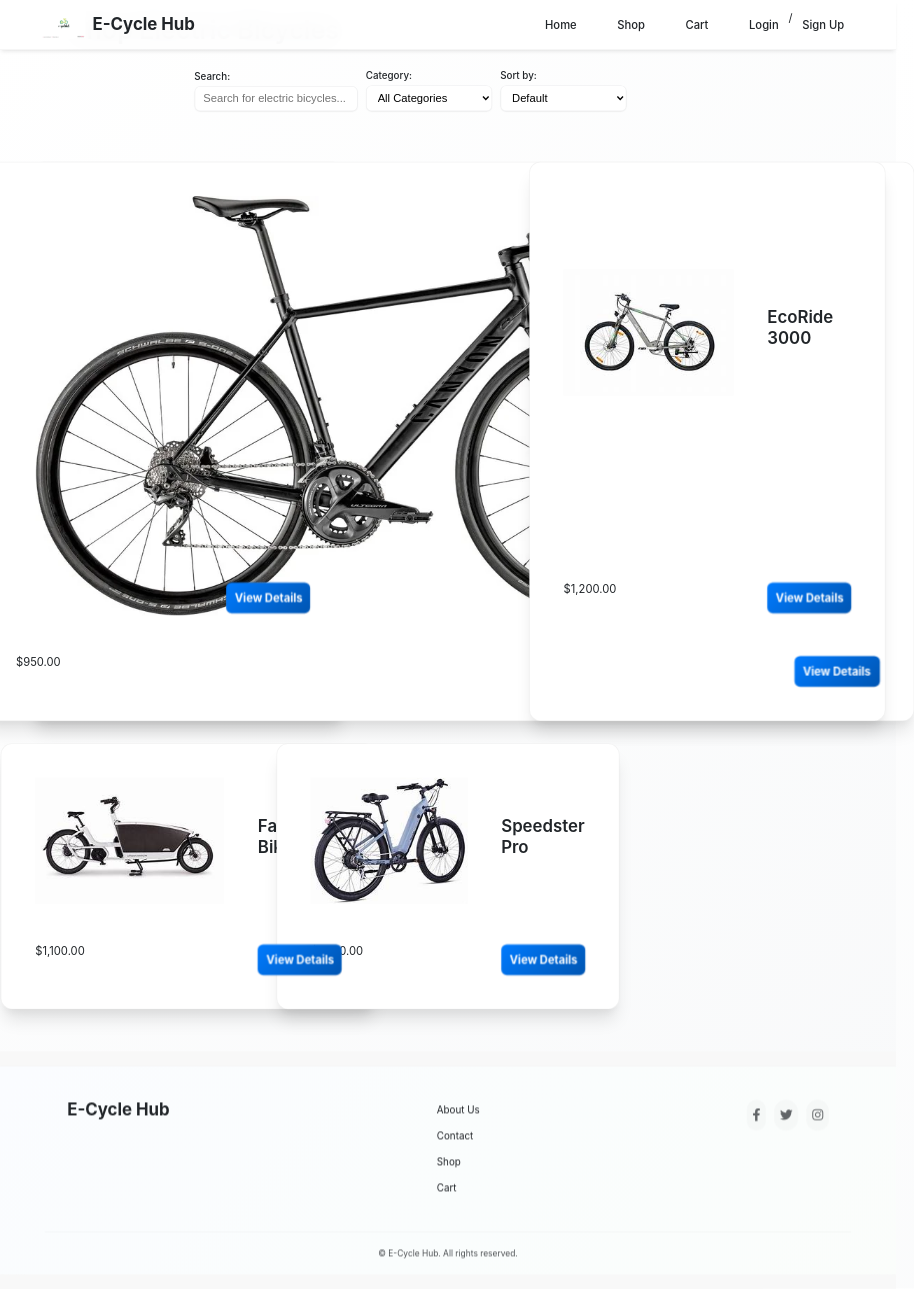
Repository: Rutuja-g/E-Cycle-Hub
Page: public/shop.html
The author's editor kept a copy of each file at every save. The page is drawn from the files as they stood at one save, then again after the next save.
The browser window is 1280 px wide. The page is 1306 px wide, then 1280 px, so the pictures cover 1306 px, including what lies to the right of the window. The pictures show the part of the page from y = 0 to 1880 px (the page is 1841 px tall before and 2670 px after), at 70% of full size.

Above is the page before, as saved 2025-10-26 00:12:21.

### public/shop.html
<!DOCTYPE html>
<html lang="en">
  <head>
    <meta charset="UTF-8" />
    <meta name="viewport" content="width=device-width, initial-scale=1.0" />
    <title>E-Cycle Hub - Shop</title>
    <link rel="stylesheet" href="css/variables.css" />
    <link rel="stylesheet" href="css/main.css" />
    <link rel="stylesheet" href="css/auth.css" />
    <link
      rel="stylesheet"
      href="https://cdnjs.cloudflare.com/ajax/libs/font-awesome/6.0.0-beta3/css/all.min.css"
    />
  </head>
  <body>
    <div id="header"></div>

    <main>
      <section class="shop">
        <div class="container">
          <h1>Shop Electric Bicycles</h1>
          <div class="grid grid--shop">
            <!-- Products will be loaded here -->
          </div>
        </div>
      </section>
    </main>

    <footer>
      <div id="footer"></div>
    </footer>

    <!-- Product Details Modal -->
    <div id="productModal" class="modal">
      <div class="modal-content">
        <span class="close">&times;</span>
        <div class="modal-body">
          <img id="modalImage" src="" alt="Product Image" />
          <h2 id="modalName"></h2>
          <p id="modalDescription"></p>
          <button id="modalAddToCart" class="btn btn-primary">
            Add to Cart
          </button>
        </div>
      </div>
    </div>

    <script src="js/components.js"></script>
    <script src="js/utils.js"></script>
    <script src="js/main.js"></script>
    <script src="js/auth.js"></script>
  </body>
</html>

### public/css/variables.css
:root {
  /* Enhanced Color Palette */
  --primary-color: #007bff; /* Electric Blue */
  --primary-hover: #0056b3; /* Darker Blue for hover */
  --primary-light: #e3f2fd; /* Light Blue Background */
  --primary-gradient: linear-gradient(135deg, #007bff 0%, #0056b3 100%);
  --secondary-color: #28a745; /* Success Green */
  --secondary-hover: #218838; /* Darker Green */
  --secondary-light: #e8f5e8; /* Light Green Background */
  --secondary-gradient: linear-gradient(135deg, #28a745 0%, #218838 100%);
  --accent-color: #ffc107; /* Warning Yellow */
  --accent-hover: #e0a800; /* Darker Yellow */
  --accent-light: #fff8e1; /* Light Yellow Background */
  --danger-color: #dc3545; /* Danger Red */
  --danger-hover: #c82333; /* Darker Red */
  --danger-light: #fce4e4; /* Light Red Background */

  /* Neutral Colors */
  --background-color: #ffffff; /* Pure White */
  --background-gradient: linear-gradient(135deg, #ffffff 0%, #f8f9fa 100%);
  --surface-color: #f8f9fa; /* Light Gray Surface */
  --surface-light: #f1f3f4; /* Very Light Surface */
  --card-color: #ffffff; /* Card Background */
  --text-color: #212529; /* Dark Gray Text */
  --text-muted: #6c757d; /* Muted Text */
  --text-light: #868e96; /* Lighter Text */
  --border-color: #dee2e6; /* Light Border */
  --border-light: #f1f3f4; /* Very Light Border */
  --border-focus: #007bff; /* Focus Border */

  /* Typography */
  --font-family: "Poppins", -apple-system, BlinkMacSystemFont, "Segoe UI",
    Roboto, sans-serif;
  --font-size-xs: 0.75rem; /* 12px */
  --font-size-sm: 0.875rem; /* 14px */
  --font-size-base: 1rem; /* 16px */
  --font-size-lg: 1.125rem; /* 18px */
  --font-size-xl: 1.25rem; /* 20px */
  --font-size-2xl: 1.5rem; /* 24px */
  --font-size-3xl: 1.875rem; /* 30px */
  --font-size-4xl: 2.25rem; /* 36px */
  --font-size-5xl: 3rem; /* 48px */

  --font-weight-light: 300;
  --font-weight-normal: 400;
  --font-weight-medium: 500;
  --font-weight-semibold: 600;
  --font-weight-bold: 700;

  --line-height-tight: 1.25;
  --line-height-normal: 1.5;
  --line-height-relaxed: 1.75;

  /* Spacing Scale */
  --spacing-xs: 0.25rem; /* 4px */
  --spacing-sm: 0.5rem; /* 8px */
  --spacing-md: 0.75rem; /* 12px */
  --spacing-lg: 1rem; /* 16px */
  --spacing-xl: 1.25rem; /* 20px */
  --spacing-2xl: 1.5rem; /* 24px */
  --spacing-3xl: 2rem; /* 32px */
  --spacing-4xl: 2.5rem; /* 40px */
  --spacing-5xl: 3rem; /* 48px */
  --spacing-6xl: 4rem; /* 64px */

  /* Layout */
  --max-width-xs: 20rem; /* 320px */
  --max-width-sm: 24rem; /* 384px */
  --max-width-md: 28rem; /* 448px */
  --max-width-lg: 32rem; /* 512px */
  --max-width-xl: 36rem; /* 576px */
  --max-width-2xl: 42rem; /* 672px */
  --max-width-3xl: 48rem; /* 768px */
  --max-width-4xl: 56rem; /* 896px */
  --max-width-5xl: 64rem; /* 1024px */
  --max-width-6xl: 72rem; /* 1152px */
  --max-width-7xl: 80rem; /* 1280px */
  --max-width-full: 100%;

  /* Border Radius */
  --border-radius-none: 0;
  --border-radius-sm: 0.125rem; /* 2px */
  --border-radius: 0.25rem; /* 4px */
  --border-radius-md: 0.375rem; /* 6px */
  --border-radius-lg: 0.5rem; /* 8px */
  --border-radius-xl: 0.75rem; /* 12px */
  --border-radius-2xl: 1rem; /* 16px */
  --border-radius-3xl: 1.5rem; /* 24px */
  --border-radius-full: 9999px;

  /* Enhanced Shadows */
  --shadow-sm: 0 1px 2px 0 rgba(0, 0, 0, 0.05);
  --shadow: 0 1px 3px 0 rgba(0, 0, 0, 0.1), 0 1px 2px 0 rgba(0, 0, 0, 0.06);
  --shadow-md: 0 4px 6px -1px rgba(0, 0, 0, 0.1),
    0 2px 4px -1px rgba(0, 0, 0, 0.06);
  --shadow-lg: 0 10px 15px -3px rgba(0, 0, 0, 0.1),
    0 4px 6px -2px rgba(0, 0, 0, 0.05);
  --shadow-xl: 0 20px 25px -5px rgba(0, 0, 0, 0.1),
    0 10px 10px -5px rgba(0, 0, 0, 0.04);
  --shadow-2xl: 0 25px 50px -12px rgba(0, 0, 0, 0.25);
  --shadow-inner: inset 0 2px 4px 0 rgba(0, 0, 0, 0.06);
  --shadow-glow: 0 0 20px rgba(0, 123, 255, 0.3);

  /* Transitions */
  --transition-fast: 150ms ease-in-out;
  --transition-normal: 250ms ease-in-out;
  --transition-slow: 350ms ease-in-out;

  /* Z-Index Scale */
  --z-dropdown: 1000;
  --z-sticky: 1020;
  --z-fixed: 1030;
  --z-modal-backdrop: 1040;
  --z-modal: 1050;
  --z-popover: 1060;
  --z-tooltip: 1070;
}

### public/js/main.js
// main.js - Loads product data and renders product cards

(function () {
  const PRODUCTS_STORAGE_KEY = "ecycle_products";
  const DEFAULT_MAX_FEATURED = 6;
  let products = [];
  let filteredProducts = [];

  // Use shared utils
  const { debounce, formatPrice, createElement } = Utils;

  // Load products from localStorage or fetch from JSON
  async function loadProducts() {
    try {
      // Try localStorage first
      const stored = localStorage.getItem(PRODUCTS_STORAGE_KEY);
      if (stored) {
        const parsed = JSON.parse(stored);
        if (Array.isArray(parsed) && parsed.length > 0) {
          products = parsed;
          return;
        }
      }

      // Fetch from JSON file
      const response = await fetch("assets/data/products.json");
      if (!response.ok) {
        throw new Error(`Failed to fetch products: ${response.status}`);
      }
      const data = await response.json();
      if (!Array.isArray(data)) {
        throw new Error("Products data is not an array");
      }
      products = data;
      // Save to localStorage
      localStorage.setItem(PRODUCTS_STORAGE_KEY, JSON.stringify(products));
    } catch (error) {
      console.error("Error loading products:", error);
      // Fallback to empty array
      products = [];
    }
  }

  // Get unique categories from products
  function getCategories(products) {
    const categories = new Set();
    products.forEach((product) => {
      if (product.category) categories.add(product.category);
    });
    return Array.from(categories).sort();
  }

  // Build search, category, and sort controls
  function buildControls(container) {
    if (!container) return;

    const controls = document.createElement("div");
    controls.className = "controls container";

    // Search input
    const searchDiv = document.createElement("div");
    searchDiv.className = "control-group";
    const searchLabel = document.createElement("label");
    searchLabel.textContent = "Search:";
    const searchInput = document.createElement("input");
    searchInput.type = "text";
    searchInput.id = "searchInput";
    searchInput.placeholder = "Search for electric bicycles...";
    searchDiv.appendChild(searchLabel);
    searchDiv.appendChild(searchInput);

    // Category select
    const catDiv = document.createElement("div");
    catDiv.className = "control-group";
    const catLabel = document.createElement("label");
    catLabel.textContent = "Category:";
    const catSelect = document.createElement("select");
    catSelect.id = "categorySelect";
    const allOpt = document.createElement("option");
    allOpt.value = "all";
    allOpt.textContent = "All Categories";
    catSelect.appendChild(allOpt);
    catDiv.appendChild(catLabel);
    catDiv.appendChild(catSelect);

    // Sort select
    const sortDiv = document.createElement("div");
    sortDiv.className = "control-group";
    const sortLabel = document.createElement("label");
    sortLabel.textContent = "Sort by:";
    const sortSelect = document.createElement("select");
    sortSelect.id = "sortSelect";
    const options = [
      { value: "", text: "Default" },
      { value: "price-asc", text: "Price Low to High" },
      { value: "price-desc", text: "Price High to Low" },
      { value: "popularity", text: "Popularity" },
    ];
    options.forEach((opt) => {
      const option = document.createElement("option");
      option.value = opt.value;
      option.textContent = opt.text;
      sortSelect.appendChild(option);
    });
    sortDiv.appendChild(sortLabel);
    sortDiv.appendChild(sortSelect);

    controls.appendChild(searchDiv);
    controls.appendChild(catDiv);
    controls.appendChild(sortDiv);

    container.parentNode.insertBefore(controls, container);
  }

  // Render product cards
  function renderProducts(productsToRender, container, limit = Infinity) {
    if (!container) return;

    container.innerHTML = "";
    if (!Array.isArray(productsToRender) || productsToRender.length === 0) {
      container.innerHTML = "<p>No products found.</p>";
      return;
    }

    const toRender =
      limit === Infinity ? productsToRender : productsToRender.slice(0, limit);
    toRender.forEach((product) => {
      if (!product.name || !product.price) {
        console.warn("Skipping invalid product:", product);
        return;
      }

      const card = document.createElement("div");
      card.className = "product-card";
      card.innerHTML = `
        <img src="${product.image || "img/placeholder.png"}" alt="${
        product.name
      }" loading="lazy">
        <h3>${product.name}</h3>
        <p class="price">$${formatPrice(product.price)}</p>
        <a href="product.html?id=${
          product.id
        }" class="btn btn-primary">View Details</a>
      `;
      container.appendChild(card);
    });
  }

  // Apply filters and sorting
  function applyFilters(limit) {
    if (!Array.isArray(products)) return;

    const searchInput = document.getElementById("searchInput");
    const catSelect = document.getElementById("categorySelect");
    const sortSelect = document.getElementById("sortSelect");

    let filtered = [...products];

    // Search filter
    if (searchInput && searchInput.value.trim()) {
      const query = searchInput.value.toLowerCase().trim();
      filtered = filtered.filter(
        (product) =>
          product.name.toLowerCase().includes(query) ||
          (product.description &&
            product.description.toLowerCase().includes(query))
      );
    }

    // Category filter
    if (catSelect && catSelect.value !== "all") {
      filtered = filtered.filter(
        (product) => product.category === catSelect.value
      );
    }

    // Sort
    if (sortSelect) {
      switch (sortSelect.value) {
        case "price-asc":
          filtered.sort((a, b) => Number(a.price) - Number(b.price));
          break;
        case "price-desc":
          filtered.sort((a, b) => Number(b.price) - Number(a.price));
          break;
        case "popularity":
          filtered.sort((a, b) => Number(b.popularity) - Number(a.popularity));
          break;
        case "":
        default:
          filtered.sort((a, b) => a.name.localeCompare(b.name));
          break;
      }
    }

    filteredProducts = filtered;
    const grid =
      document.querySelector(".grid--featured") ||
      document.querySelector(".grid--shop") ||
      document.querySelector(".product-list");
    if (grid) renderProducts(filteredProducts, grid, limit);
  }

  // Initialize UI: build controls and wire events
  function initUI() {
    const grid =
      document.querySelector(".grid--featured") ||
      document.querySelector(".grid--shop") ||
      document.querySelector(".product-list");
    if (!grid) return;

    const isShop =
      grid.classList.contains("grid--shop") ||
      grid.classList.contains("product-list");
    const limit = isShop ? Infinity : DEFAULT_MAX_FEATURED;

    const controls = buildControls(grid);
    // populate categories
    const catSelect = document.getElementById("categorySelect");
    if (catSelect) {
      // clear existing non 'all' options
      const cats = getCategories(products);
      cats.forEach((cat) => {
        const opt = document.createElement("option");
        opt.value = cat;
        opt.textContent = cat;
        catSelect.appendChild(opt);
      });
    }

    // hook events
    const searchInput = document.getElementById("searchInput");
    const sortSelect = document.getElementById("sortSelect");

    const debouncedApply = debounce((limit) => applyFilters(limit), 160);

    if (searchInput)
      searchInput.addEventListener("input", () => debouncedApply(limit));
    if (catSelect)
      catSelect.addEventListener("change", () => applyFilters(limit));
    if (sortSelect)
      sortSelect.addEventListener("change", () => applyFilters(limit));

    // initial render
    applyFilters(limit);
  }

  // Active nav link helper - disabled to make all nav links behave the same
  function setActiveNavLink() {
    // No active styling for consistency across all nav links
  }

  // Mobile nav toggle
  function initMobileNav() {
    const navToggle = document.getElementById("navToggle");
    const navLinks = document.getElementById("navLinks");

    if (navToggle && navLinks) {
      navToggle.addEventListener("click", () => {
        navLinks.classList.toggle("active");
      });

      // Close mobile menu when clicking outside
      document.addEventListener("click", (e) => {
        if (!navToggle.contains(e.target) && !navLinks.contains(e.target)) {
          navLinks.classList.remove("active");
        }
      });
    }
  }

  // Hide navbar on scroll down, show on scroll up (only on index and shop pages)
  function initScrollNavbar() {
    const currentPath = window.location.pathname;
    const isIndexOrShop =
      currentPath.includes("index.html") || currentPath.includes("shop.html");

    if (!isIndexOrShop) return;

    const checkAndInit = () => {
      const navbar = document.querySelector(".navbar");
      if (!navbar) {
        // If navbar not loaded yet, wait and try again
        setTimeout(checkAndInit, 100);
        return;
      }

      let lastScrollY = window.scrollY;
      const scrollThreshold = 100; // Minimum scroll distance before hiding

      const handleScroll = debounce(() => {
        const currentScrollY = window.scrollY;
        if (currentScrollY > lastScrollY + scrollThreshold) {
          navbar.classList.add("hidden");
        } else if (currentScrollY < lastScrollY - scrollThreshold) {
          navbar.classList.remove("hidden");
        }
        lastScrollY = currentScrollY;
      }, 100);

      window.addEventListener("scroll", handleScroll);
    };

    checkAndInit();
  }

  // Initialize UI helpers: nav toggle and footer year
  function initUIHelpers() {
    const navToggle = document.getElementById("navToggle");
    const navList = document.querySelector(".nav-list");
    navToggle &&
      navToggle.addEventListener("click", function () {
        navList.classList.toggle("show");
      });

    const yearEl = document.getElementById("year");
    if (yearEl) yearEl.textContent = new Date().getFullYear();
  }

  // entry point
  document.addEventListener("DOMContentLoaded", async function () {
    initUIHelpers();
    setActiveNavLink();
    initMobileNav();
    initScrollNavbar(); // Initialize scroll-based navbar hiding
    await loadProducts(); // populates products and saves to localStorage if needed
    initUI();
  });
})();

### public/components/header.html
<nav class="navbar">
  <div class="nav-container">
    <div class="logo">
      <a href="index.html">
        <img src="assets/images/logo.jpg" alt="E-Cycle Hub Logo" />
        <span>E-Cycle Hub</span>
      </a>
    </div>
    <div class="nav-toggle" id="navToggle">
      <span></span>
      <span></span>
      <span></span>
    </div>
    <ul class="nav-links" id="navLinks">
      <li><a href="index.html" class="nav-link">Home</a></li>
      <li><a href="shop.html" class="nav-link">Shop</a></li>
      <li><a href="cart.html" class="nav-link">Cart</a></li>
      <li id="user-info" style="display: none">
        <span id="user-name"></span>
        <a href="orders.html" class="nav-link">My Orders</a>
        <a href="#" id="logout" class="nav-link">Logout</a>
      </li>
      <li id="auth-links">
        <a href="login.html" class="nav-link">Login</a>
        <span>/</span>
        <a href="signup.html" class="nav-link">Sign Up</a>
      </li>
    </ul>
  </div>
</nav>

### public/components/footer.html
<footer class="footer">
  <div class="container">
    <div class="footer-content">
      <div class="footer-logo">
        <h2>E-Cycle Hub</h2>
      </div>
      <div class="footer-links">
        <ul>
          <li><a href="about.html">About Us</a></li>
          <li><a href="contact.html">Contact</a></li>
          <li><a href="shop.html">Shop</a></li>
          <li><a href="cart.html">Cart</a></li>
        </ul>
      </div>
      <div class="footer-social">
        <a href="#" aria-label="Facebook"><i class="fab fa-facebook-f"></i></a>
        <a href="#" aria-label="Twitter"><i class="fab fa-twitter"></i></a>
        <a href="#" aria-label="Instagram"><i class="fab fa-instagram"></i></a>
      </div>
    </div>
    <div class="footer-bottom">
      <p>&copy; <span id="year"></span> E-Cycle Hub. All rights reserved.</p>
    </div>
  </div>
</footer>

Loaded but not shown: public/assets/data/products.json (47 lines, source omitted); public/js/auth.js (289 lines, source omitted); public/js/utils.js (134 lines, source omitted); public/js/components.js (31 lines, source omitted); public/css/main.css (2775 lines, source omitted); public/css/auth.css (276 lines, source omitted)

After the next save:
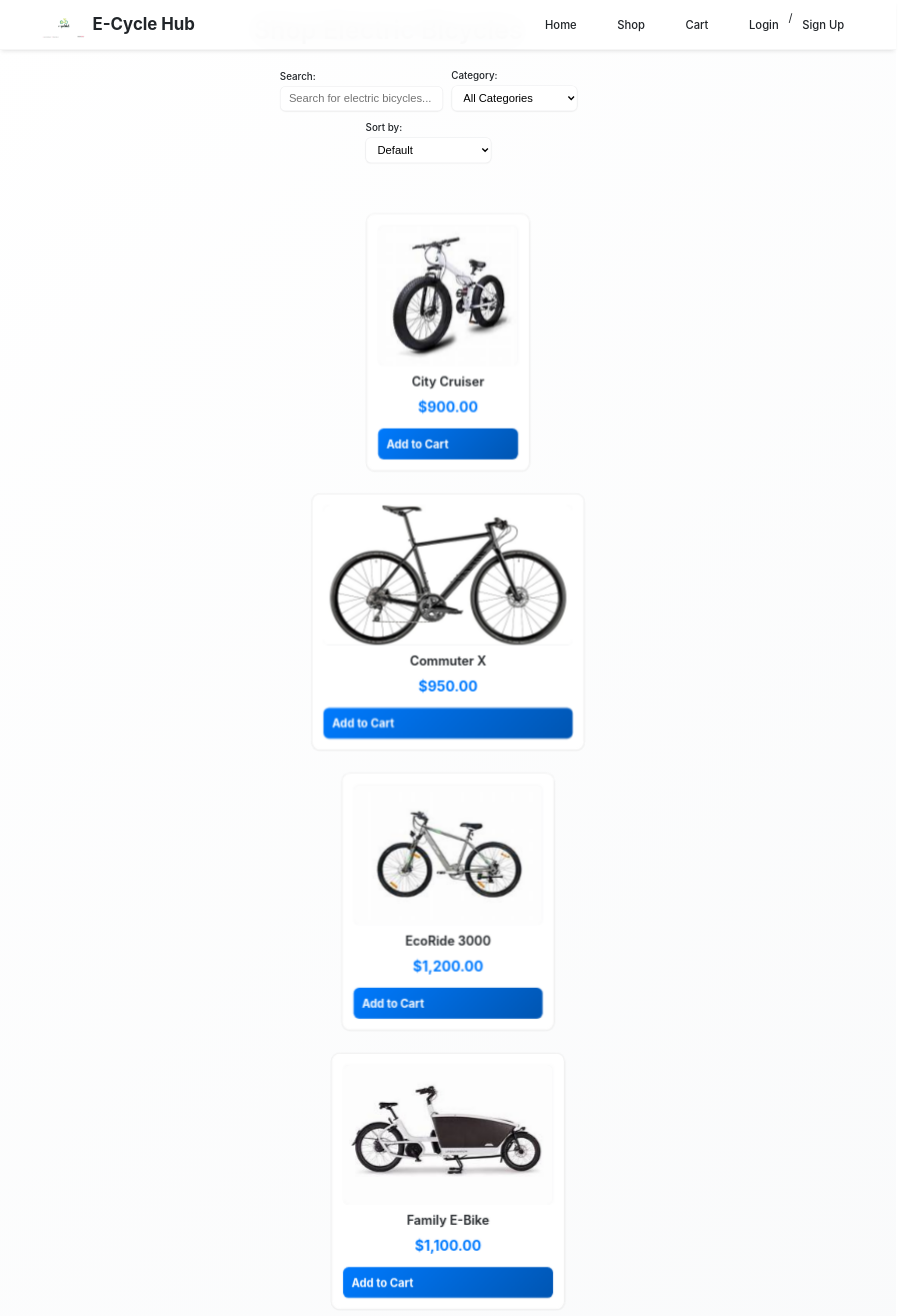
Saved 4 min 18 s later.
--- a/public/js/main.js
+++ b/public/js/main.js
@@ -131,16 +131,16 @@
       }
 
       const card = document.createElement("div");
-      card.className = "product-card";
+      card.className = "card";
       card.innerHTML = `
         <img src="${product.image || "img/placeholder.png"}" alt="${
         product.name
       }" loading="lazy">
-        <h3>${product.name}</h3>
+        <h3 class="card-title">${product.name}</h3>
         <p class="price">$${formatPrice(product.price)}</p>
-        <a href="product.html?id=${
+        <button class="btn btn-primary" onclick="addToCart(${
           product.id
-        }" class="btn btn-primary">View Details</a>
+        })">Add to Cart</button>
       `;
       container.appendChild(card);
     });
